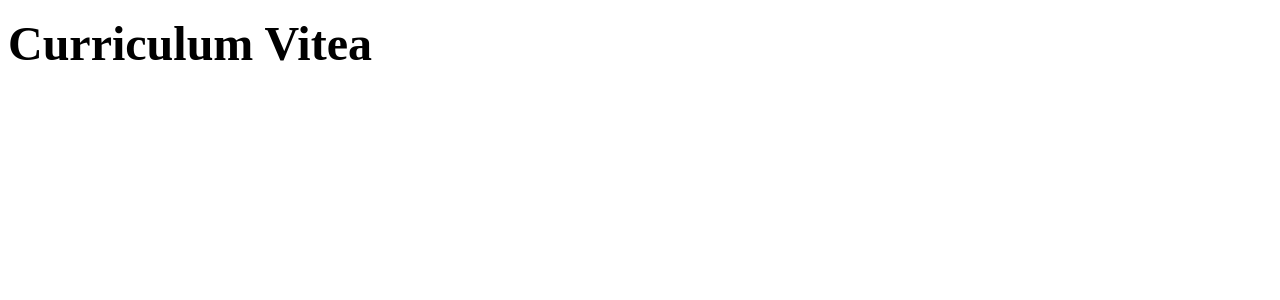
Repository: aysedo/html
Page: Week_2/profile/index.html
An editor plug-in stored every save of this project. The page is shown before and after the next save, followed by the edit.
The browser window is 1280 px wide. The pictures show the whole page.

Above is the page before, as saved 2021-08-25 19:59:01.

After the next save:
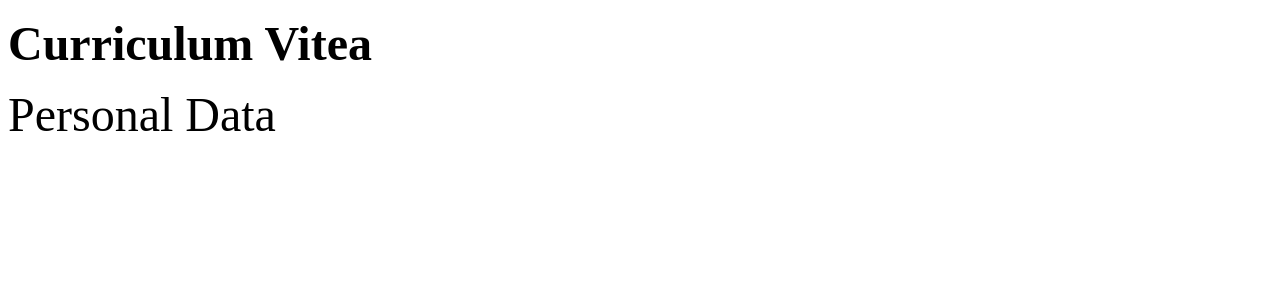
Saved 52 s later.
--- a/Week_2/profile/index.html
+++ b/Week_2/profile/index.html
@@ -9,7 +9,7 @@
   <body>
     <titel>
       <p align="center" ></p><b><font size="11">Curriculum Vitea </font></b></p></titel>
-      <p><font size="9"Personal Data</p>
+      <p> <font size="9">Personal Data</font></p>
     </table>
   </body>
 </html>
